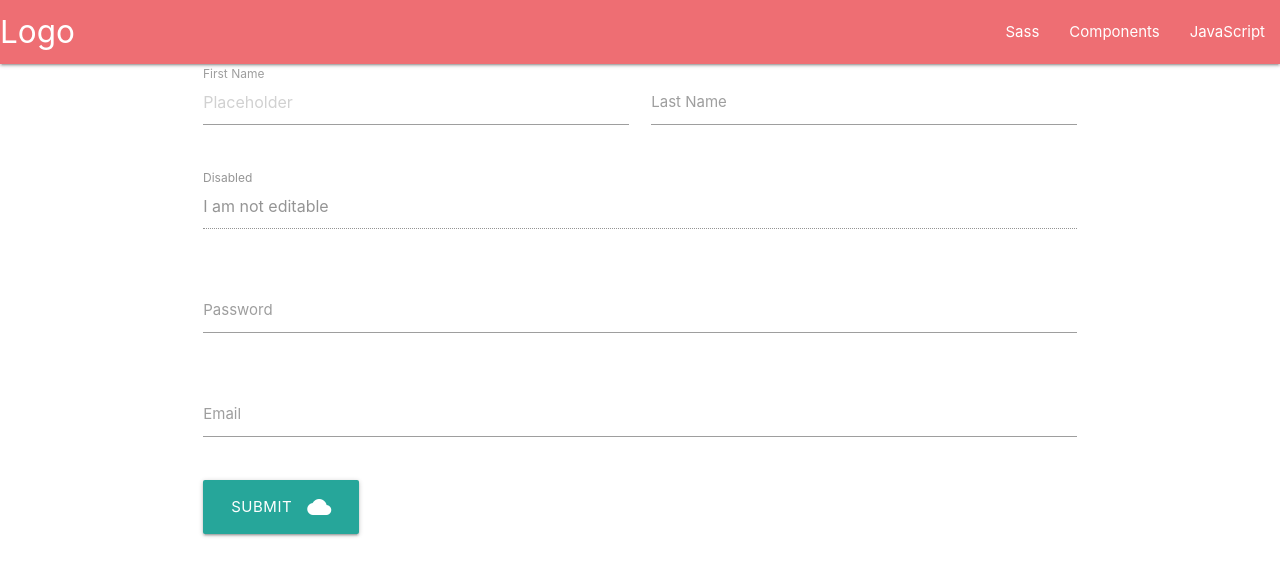
Repository: RavinakS/signup-page-html-js
Page: index.html
These files come from the project's save history. The page is drawn as it stood at one moment and after the next save; the edit follows.
The browser window is 1280 px wide. The pictures show the whole page.

Above is the page before, as saved 2021-12-13 11:22:10.
Console error: SyntaxError: Unexpected end of input

After the next save:
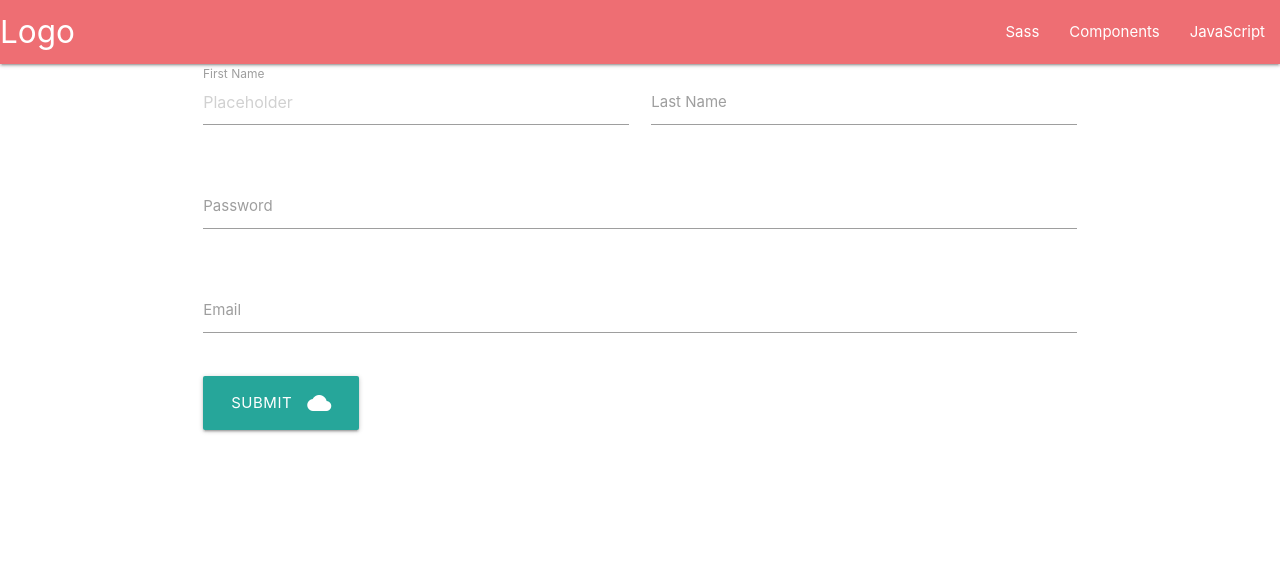
Saved 37 s later.
--- a/index.html
+++ b/index.html
@@ -37,12 +37,6 @@
               </div>
               <div class="row">
                 <div class="input-field col s12">
-                  <input disabled value="I am not editable" id="disabled" type="text" class="validate">
-                  <label for="disabled">Disabled</label>
-                </div>
-              </div>
-              <div class="row">
-                <div class="input-field col s12">
                   <input id="password" type="password" class="validate">
                   <label for="password">Password</label>
                 </div>
